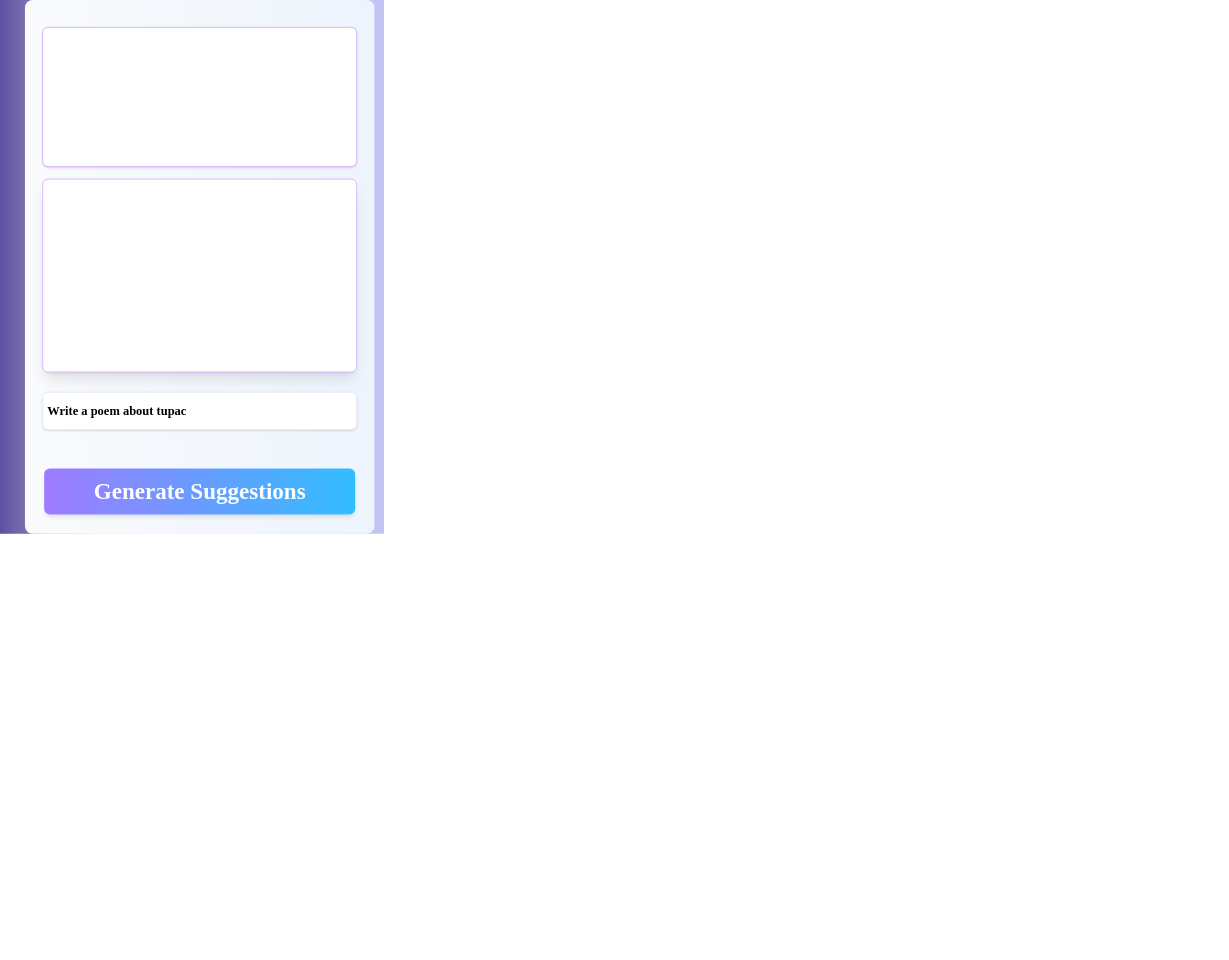
Repository: djdjdallas/AskAlex
Page: /
These files come from the project's save history. The page is drawn as it stood at one moment and after the next save; the edit follows.
The browser window is 1280 px wide. The pictures show the whole page, at 96% of full size.
The project was rebuilt for these pictures with package versions that can differ from the ones it lists, and the page was loaded fresh each time. Also part of the build but not shown: webpack.config.js.

Above is the page before, as saved 2023-02-27 17:05:05.

### src/App.js
import "./App.css";
import Popup from "./popup";

function App() {
  return (
    <div className="App w-[500px]">
      <header className="App-header bg-gradient-to-r from-[#5E50A0] via-[#EDF4EF] to-[#C4C2F3] w-[25rem]">
        <div className="bg-gradient-to-r from-[#5E50A0] via-[#EDF4EF] to-[#C4C2F3]  w-[100%] flex justify-center items-center"></div>
        <Popup />
      </header>
    </div>
  );
}

export default App;

### src/App.css
.App {
  text-align: center;
  width: 500px;
  height: 1000px;
}

.App-logo {
  height: 40vmin;
  pointer-events: none;
}

@media (prefers-reduced-motion: no-preference) {
  .App-logo {
    animation: App-logo-spin infinite 20s linear;
  }
}

.App-header {
  background: rgb(94,80,160);
  background: linear-gradient(90deg, rgba(94,80,160,1) 0%, rgba(237,244,239,1) 35%, rgba(196,194,243,1) 100%);
  display: flex;
  flex-direction: column;
  align-items: center;
  justify-content: center;
  font-size: calc(10px + 2vmin);
  color: white;
}
.input{
  font-size: small;
  border: 1px solid #E7EAFB;
  width: 90%;
  height: 40px;
}
.myButton {
	box-shadow: 3px 4px 0px 0px #899599;
	background:linear-gradient(to bottom, #ededed 5%, #bab1ba 100%);
	background-color:#ededed;
	border-radius:15px;
	border:1px solid #d6bcd6;
	display:inline-block;
	cursor:pointer;
	color:#3a8a9e;
	font-family:Arial;
	font-size:17px;
	padding:12px 39px;
	text-decoration:none;
	text-shadow:0px 1px 0px #e1e2ed;
}
.myButton:hover {
	background:linear-gradient(to bottom, #bab1ba 5%, #ededed 100%);
	background-color:#bab1ba;
}
.myButton:active {
	position:relative;
	top:1px;
}

.App-link {
  color: #61dafb;
}

@keyframes App-logo-spin {
  from {
    transform: rotate(0deg);
  }
  to {
    transform: rotate(360deg);
  }
}

### src/popup.js
import React, { useState } from "react";

function Popup() {
  const [prompt, setPrompt] = useState("");
  const [suggestions, setSuggestions] = useState([]);
  const [isLoading, setIsLoading] = useState(false);

  function handleInputChange(event) {
    setPrompt(event.target.value);
  }

  async function generateSuggestions() {
    const API_KEY = "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";
    const API_URL =
      "https://api.openai.com/v1/engines/text-davinci-003/completions";
    setIsLoading(true);
    const response = await fetch(API_URL, {
      method: "POST",
      headers: {
        "Content-Type": "application/json",
        Authorization: `Bearer ${API_KEY}`,
      },
      body: JSON.stringify({
        prompt: `Provide 3 better prompts along with context ideas to ask chatgpt to ${prompt}.\n\n1.`,
        max_tokens: 1000,
        n: 1,
        temperature: 0.7,
      }),
    });

    const data = await response.json();

    const suggestedPrompts = data.choices[0].text.split("\n");
    console.log(isLoading);
    setSuggestions(suggestedPrompts);
  }
  function handleCopy(suggestion) {
    navigator.clipboard.writeText(suggestion);
  }

  return (
    <div className="ml-4 popup w-[91%] flex flex-col bg-gradient-to-r from-[#f9fbfc] to-[#eef4fd] rounded-lg">
      <div className="flex justify-center items-center w-[100%] mt-3">
        {suggestions ? (
          <div className=" w-[90%] h-[100%] mt-4 text-xl space-y-3 flex-row justify-center items-center">
            <div className="border-[1px] border-purple-300 p-4 rounded-md shadow bg-white ">
              <h1 style={{ fontFamily: "Baskeville" }}>
                Ask Alex allows users to generate helpful and creative
                suggestions for various prompts using advanced artificial
                intelligence technology.
              </h1>
            </div>
            <div className="border-[1px] border-purple-300 rounded-md shadow-lg p-4 bg-white ">
              <h1
                style={{
                  fontFamily: "Baskeville",
                }}
              >
                With just a few clicks, users can input their prompts and
                receive customized suggestions that can be used for a variety of
                applications, including writing, brainstorming, and
                problem-solving.
              </h1>
            </div>
          </div>
        ) : null}
      </div>
      <div className="flex justify-center items-center my-5">
        <input
          style={{ fontFamily: "Baskeville" }}
          className="input shadow outline-none focus:outline-none focus:ring text-sm font-bold border-2 border-[#E7EAFB] rounded-md w-[90%]  h-20 placeholder:text-black placeholder:pl-1
          "
          type="text"
          value={prompt}
          onChange={handleInputChange}
          placeholder="Write a poem about tupac"
        />
      </div>
      <button
        style={{ fontFamily: "Baskeville" }}
        className="cursor-pointer text-2xl font-bold bg-gradient-to-r from-[#8C61FF] to-[#0BB2FF] rounded-md p-2 m-5 text-white
         animate-pulse transition transform duration-300 ease-in-out hover:shadow-xl shadow-md"
        onClick={generateSuggestions}
      >
        Generate Suggestions
      </button>
      {suggestions.length > 0 ? (
        <ul
          className="text-xl font-bold flex-row p-2 space-y-3 "
          style={{ fontFamily: "Baskeville" }}
        >
          {suggestions.map((suggestion, index) => (
            <li
              className=" text-white ml-1 bg-gradient-to-r from-[#5E50A0] to-[#C4C2F3] rounded-md p-2 "
              key={index}
            >
              {suggestion}
              <button
                className="cursor-pointer"
                onClick={() => handleCopy(suggestion)}
              ></button>
            </li>
          ))}
        </ul>
      ) : (
        <p className="font-bold text-2xl text-center">
          {isLoading ? "Alex is thinking..." : ""}
        </p>
      )}
    </div>
  );
}

export default Popup;

Loaded but not shown: public/index.html (common file); src/index.js (common file); src/index.css (common file); src/reportWebVitals.js (common file); tailwind.config.js (common file)

After the next save:
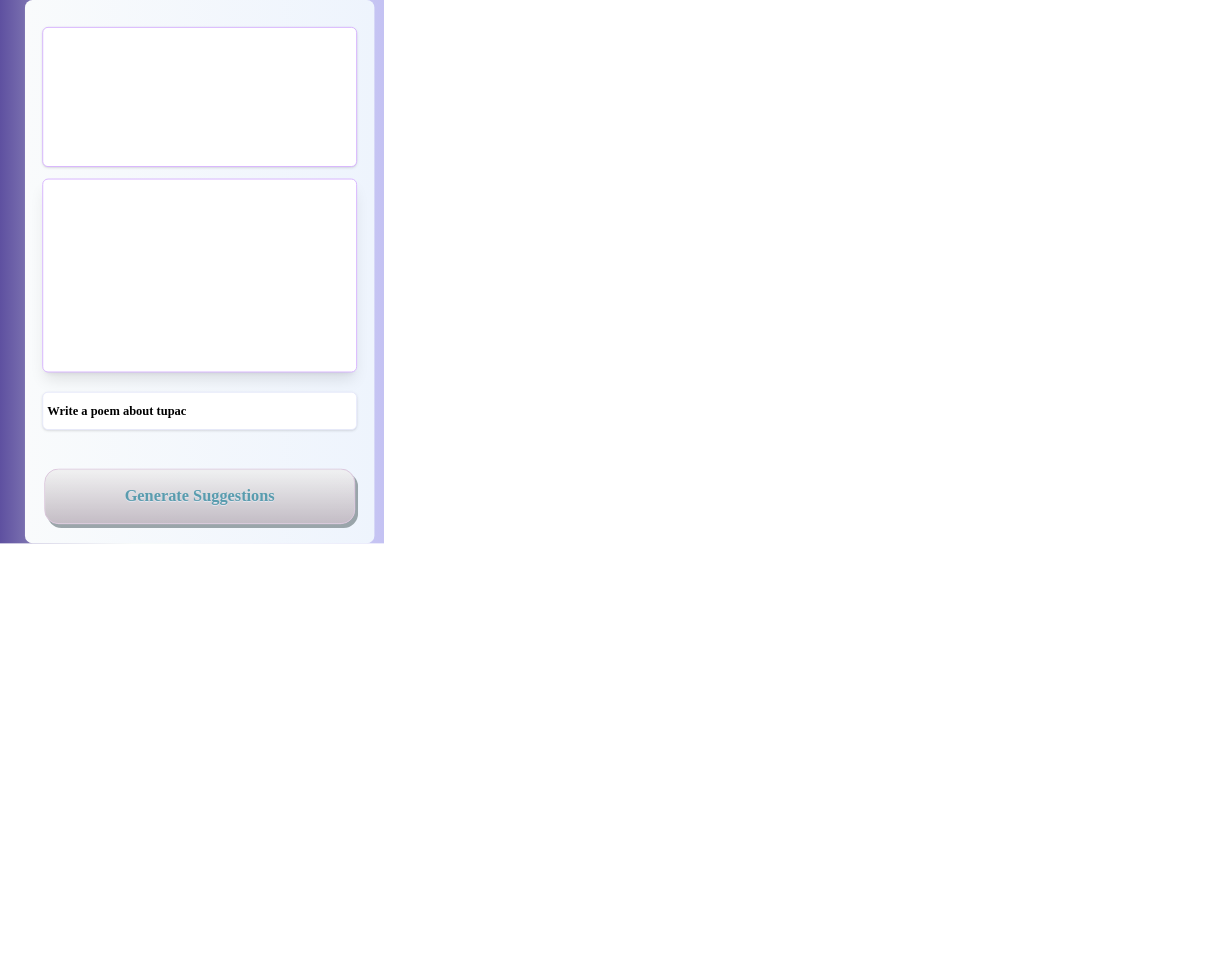
Saved 21 s later.
--- a/src/popup.js
+++ b/src/popup.js
@@ -78,7 +78,7 @@
       </div>
       <button
         style={{ fontFamily: "Baskeville" }}
-        className="cursor-pointer text-2xl font-bold bg-gradient-to-r from-[#8C61FF] to-[#0BB2FF] rounded-md p-2 m-5 text-white
+        className="myButton cursor-pointer text-2xl font-bold bg-gradient-to-r from-[#8C61FF] to-[#0BB2FF] rounded-md p-2 m-5 text-white
          animate-pulse transition transform duration-300 ease-in-out hover:shadow-xl shadow-md"
         onClick={generateSuggestions}
       >
